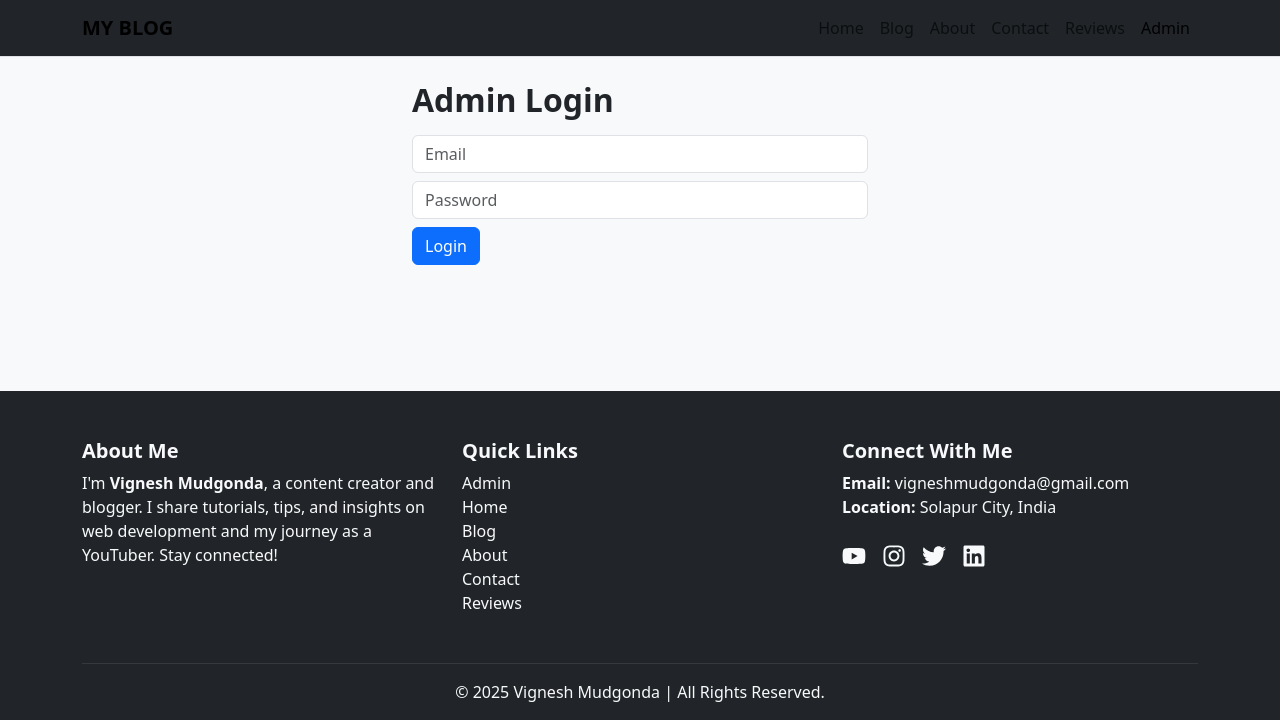
Repository: vigneshmudgonda/Blog2
Page: /login (app in blog-frontend-full/)
The author's editor kept a copy of each file at every save. The page is drawn from the files as they stood at one save, then again after a run of saves.
The browser window is 1280 px wide. The pictures show the whole page.
The page's requests for data from a server got no answer. The project was rebuilt for these pictures with package versions that can differ from the ones it lists, and the page was loaded fresh each time. No one was signed in, and anything a server would have sent is missing. Also part of the build but not shown: blog-frontend-full/src/pages/Home.js, blog-frontend-full/src/pages/BlogList.js, blog-frontend-full/src/pages/BlogDetail.js, blog-frontend-full/src/pages/Reviews.js, blog-frontend-full/src/pages/Contact.js, blog-frontend-full/src/pages/About.js.

Above is the page before, as saved 2025-08-19 19:41:48.

After the next 12 saves:
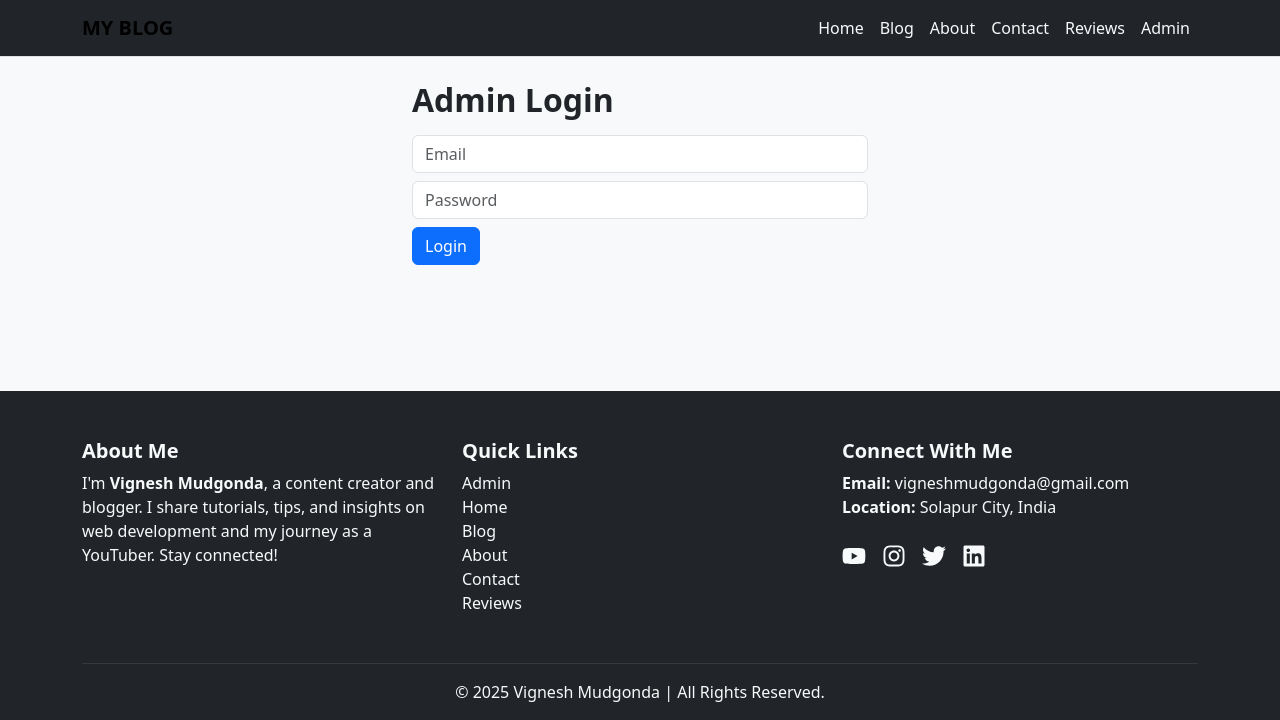
The 12 saves are shown as one change because they came seconds apart.
The last was saved 26 s later.
--- a/blog-frontend-full/src/components/Navbar.js
+++ b/blog-frontend-full/src/components/Navbar.js
@@ -11,12 +11,12 @@ export default function Navbar(){
         </button>
         <div id="nav" className="collapse navbar-collapse ">
           <ul className="navbar-nav ms-auto">
-            <li className="nav-item"><NavLink end className="nav-link" to="/">Home</NavLink></li>
-            <li className="nav-item"><NavLink className="nav-link" to="/blog">Blog</NavLink></li>
-            <li className="nav-item"><NavLink className="nav-link" to="/about">About</NavLink></li>
-            <li className="nav-item"><NavLink className="nav-link" to="/contact">Contact</NavLink></li>
-            <li className="nav-item"><NavLink className="nav-link" to="/reviews">Reviews</NavLink></li>
-            <li className="nav-item"><NavLink className="nav-link" to="/login">Admin</NavLink></li>
+            <li className="nav-item"><NavLink end className="nav-link text-light " to="/">Home</NavLink></li>
+            <li className="nav-item"><NavLink className="nav-link text-light " to="/blog">Blog</NavLink></li>
+            <li className="nav-item"><NavLink className="nav-link text-light " to="/about">About</NavLink></li>
+            <li className="nav-item"><NavLink className="nav-link text-light " to="/contact">Contact</NavLink></li>
+            <li className="nav-item"><NavLink className="nav-link text-light " to="/reviews">Reviews</NavLink></li>
+            <li className="nav-item"><NavLink className="nav-link text-light " to="/login">Admin</NavLink></li>
           </ul>
         </div>
       </div>
